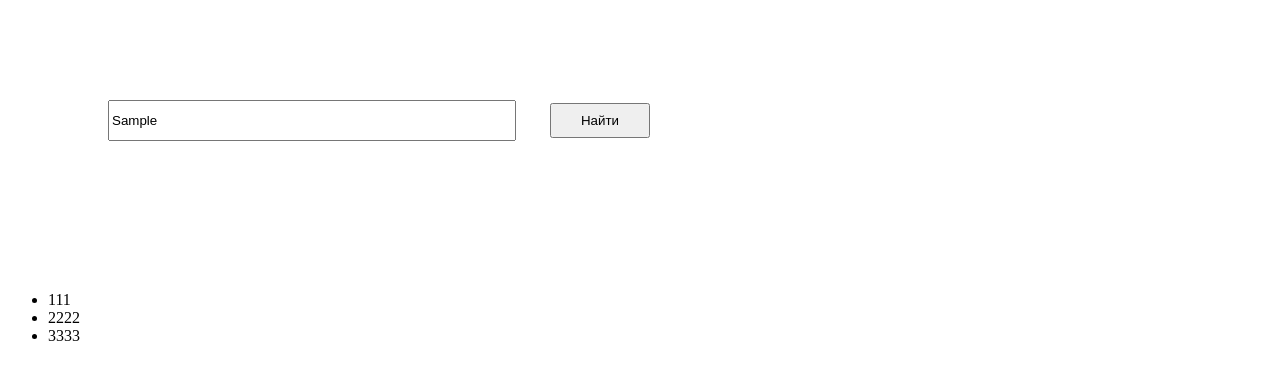
Repository: Grid-Master/repositoriesSearch
Page: index.html
These files come from the project's save history. The page is drawn as it stood at one moment and after the next save; the edit follows.
The browser window is 1280 px wide. The pictures show the whole page.
Empty fields were first filled with sample values (such as "Sample", 5 or name@example.com).
After loading, the first visible `form` was submitted once.

Above is the page before, as saved 2023-03-05 21:09:14.

After the next save:
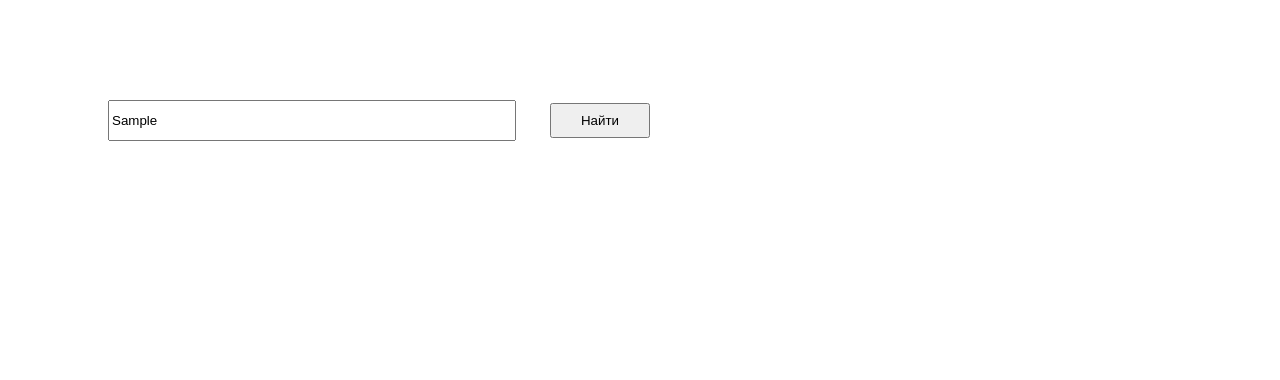
Saved 69 s later.
--- a/script.js
+++ b/script.js
@@ -2,25 +2,26 @@ let repositories = ['111', '2222', '3333'];
 
 async function getRepositories() {
   let response = await fetch(`https://api.github.com/repositories`);
-
   repositories = await response.json();
 }
 
-async function func1() {
-  await getRepositories();
-  console.log(repositories);
-  console.log(repositories.length);
-}
+// async function func1() {
+//   await getRepositories();
+//   console.log(repositories);
+//   console.log(repositories.length);
+// }
 
-function searchRepositories() {
+async function searchRepositories() {
   let name = document.getElementById('reposName').value;
   let list = document.getElementById('list');
 
   if (name) {
-    for (let i = 0; i < repositories.length; i++) {
-      let li = document.createElement('li');
-      li.innerHTML = repositories[i];
-      list.append(li);
-    }
+    await getRepositories;
+    console.log(repositories);
+    // for (let i = 0; i < repositories.length; i++) {
+    //   let li = document.createElement('li');
+    //   li.innerHTML = repositories[i];
+    //   list.append(li);
+    // }
   }
 }
